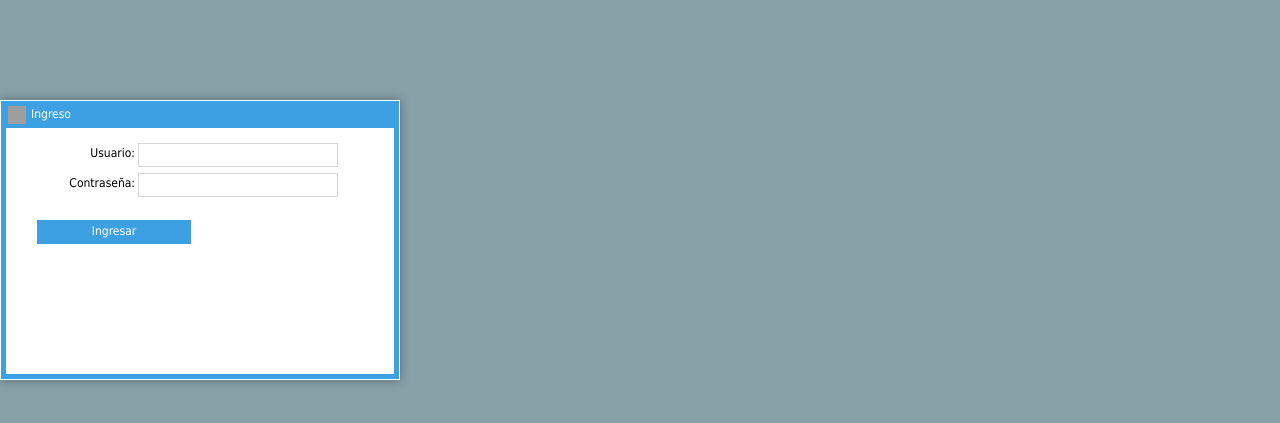
Repository: blessed-skate/InventoryControlSystem
Page: http://localhost/InventoryControlSystemPortal/jsp/login.jsp
These files come from the project's save history. The page is drawn as it stood at one moment and after the next save; the edit follows.
The browser window is 1280 px wide. The pictures show the whole page.
Pictures or frames that could not be fetched are drawn as grey boxes. The page is served by Tomcat 9. Nobody is signed in. The application's start-up code is not run.

Above is the page before, as saved 2015-05-23 03:08:28.

After the next save:
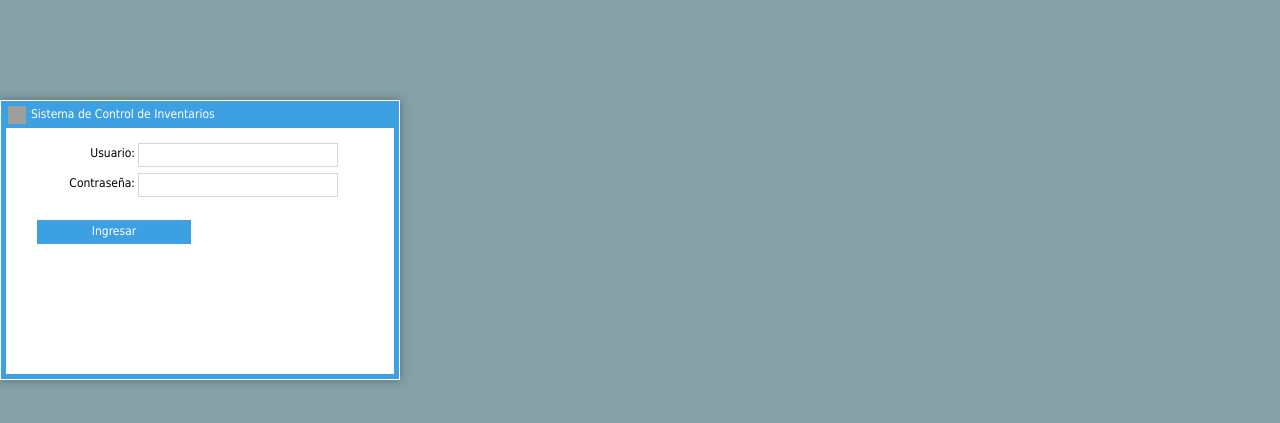
Saved 80 s later.
--- a/InventoryControlSystemPortal/WebContent/jsp/login.jsp
+++ b/InventoryControlSystemPortal/WebContent/jsp/login.jsp
@@ -29,7 +29,7 @@
 	function doOnLoad() {
 		dhxWins = new dhtmlXWindows();
 		var login_window = dhxWins.createWindow("loginWindow", 0, 100, 400, 280);
-		login_window.setText("Ingreso");
+		login_window.setText("Sistema de Control de Inventarios");
 // 		login_window.centerOnScreen();
 		login_window.setModal(true);
 		login_window.button('park').hide();
